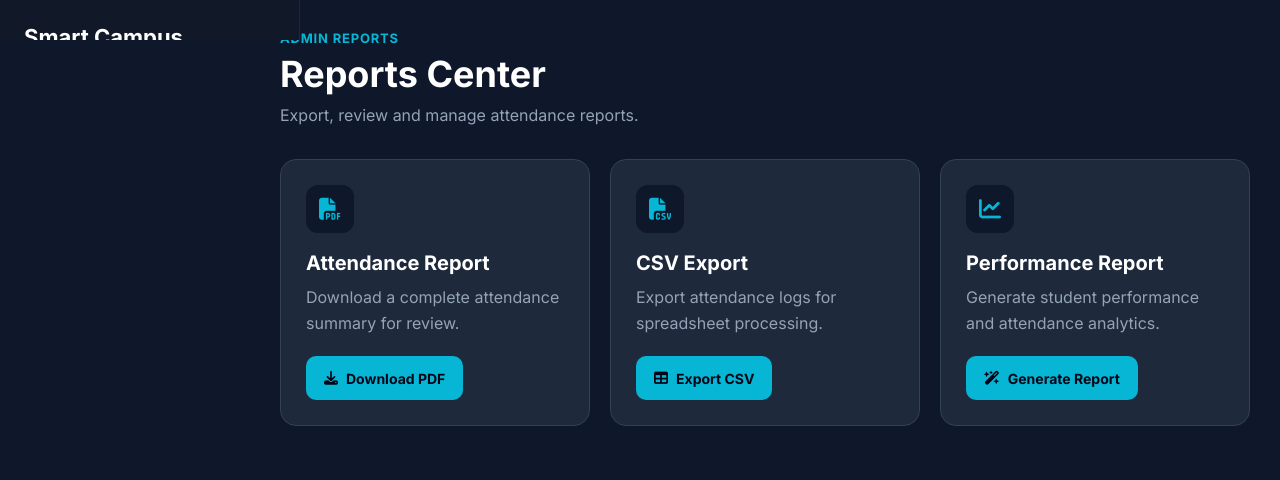
Repository: tejaskale123/smart-campus-intelligence-system
Page: backend/templates/dashboard/reports.html
These files come from the project's save history. The page is drawn as it stood at one moment and after the next save; the edit follows.
The browser window is 1280 px wide. The pictures show the whole page.
The template is drawn by Django 5.2. The application's start-up code is not run. Other server files are loaded and not shown. The template is opened directly, without the code that normally fills it, so the values that code supplies are empty.

Above is the page before, as saved 2026-05-09 01:54:41.

### backend/templates/dashboard/reports.html
{% extends 'base/base.html' %}
{% load static %}

{% block content %}
<link rel="stylesheet" href="{% static 'css/dashboard.css' %}">

<div class="dashboard-container">

    <div class="dashboard-header">
        <div>
            <p class="dashboard-kicker">Admin Reports</p>
            <h1 class="dashboard-title">
                Reports Center
            </h1>
            <p class="dashboard-subtitle">
                Export, review and manage attendance reports.
            </p>
        </div>
    </div>

    <div class="report-grid">
        <div class="report-card">
            <div class="report-icon">
                <i class="fas fa-file-pdf"></i>
            </div>
            <h3>Attendance Report</h3>
            <p>Download a complete attendance summary for review.</p>
            <a href="#" class="dashboard-btn">
                <i class="fas fa-download"></i>
                <span>Download PDF</span>
            </a>
        </div>

        <div class="report-card">
            <div class="report-icon">
                <i class="fas fa-file-csv"></i>
            </div>
            <h3>CSV Export</h3>
            <p>Export attendance logs for spreadsheet processing.</p>
            <a href="#" class="dashboard-btn">
                <i class="fas fa-table"></i>
                <span>Export CSV</span>
            </a>
        </div>

        <div class="report-card">
            <div class="report-icon">
                <i class="fas fa-chart-line"></i>
            </div>
            <h3>Performance Report</h3>
            <p>Generate student performance and attendance analytics.</p>
            <a href="#" class="dashboard-btn">
                <i class="fas fa-wand-magic-sparkles"></i>
                <span>Generate Report</span>
            </a>
        </div>
    </div>

</div>
{% endblock %}

### backend/templates/base/base.html
{% load static %}

<!DOCTYPE html>
<html lang="en">

<head>
    <meta charset="UTF-8">
    <meta name="viewport" content="width=device-width, initial-scale=1.0">
    <title>Smart Campus Intelligence System</title>

    <link href="https://fonts.googleapis.com/css2?family=Inter:wght@300;400;500;600;700;800&display=swap" rel="stylesheet">
    <link rel="stylesheet" href="https://cdnjs.cloudflare.com/ajax/libs/font-awesome/6.4.0/css/all.min.css">
    <link rel="stylesheet" href="{% static 'css/style.css' %}">
</head>

<body>
    <div class="mobile-header">
        <h2>Smart Campus</h2>
        <button id="sidebarToggle" class="mobile-toggle" aria-label="Open navigation">
            <i class="fas fa-bars"></i>
        </button>
    </div>

    <aside class="sidebar" id="sidebar">
        <button id="sidebarClose" class="mobile-close" aria-label="Close navigation">
            <i class="fas fa-times"></i>
        </button>

        <h2>Smart Campus</h2>

        <ul class="sidebar-menu">
            {% if request.user.is_authenticated %}
                {% with role=request.user.userprofile.role current=request.resolver_match.url_name %}
                    {% if request.user.userprofile.role == 'admin' %}
                        <li>
                            <a class="{% if current == 'admin_dashboard' or current == 'dashboard' %}active{% endif %}" href="{% url 'admin_dashboard' %}">
                                <i class="fas fa-chart-pie"></i>
                                <span>Dashboard</span>
                            </a>
                        </li>
                        <li>
                            <a class="{% if current == 'students_list' or current == 'students_page' or current == 'student_detail' %}active{% endif %}" href="{% url 'students_page' %}">
                                <i class="fas fa-user-graduate"></i>
                                <span>Students</span>
                            </a>
                        </li>
                        <li>
                            <a class="{% if current == 'admin_teachers' or current == 'add_teacher' %}active{% endif %}" href="{% url 'admin_teachers' %}">
                                <i class="fas fa-chalkboard-user"></i>
                                <span>Teachers</span>
                            </a>
                        </li>
                        <li>
                            <a class="{% if current == 'attendance_list' or current == 'add_attendance' %}active{% endif %}" href="{% url 'attendance_list' %}">
                                <i class="fas fa-calendar-check"></i>
                                <span>Attendance</span>
                            </a>
                        </li>
                        <li>
                            <a class="{% if current == 'analytics' %}active{% endif %}" href="{% url 'analytics' %}">
                                <i class="fas fa-chart-line"></i>
                                <span>Analytics</span>
                            </a>
                        </li>
                        <li>
                            <a class="{% if current == 'reports' %}active{% endif %}" href="{% url 'reports' %}">
                                <i class="fas fa-file-lines"></i>
                                <span>Reports</span>
                            </a>
                        </li>
                        <li>
                            <a class="{% if current == 'settings' %}active{% endif %}" href="{% url 'settings' %}">
                                <i class="fas fa-gear"></i>
                                <span>Settings</span>
                            </a>
                        </li>
                        <li>
                            <a href="{% url 'logout' %}">
                                <i class="fas fa-right-from-bracket"></i>
                                <span>Logout</span>
                            </a>
                        </li>
                    {% elif role == 'teacher' %}
                        <li>
                            <a class="{% if current == 'teacher_dashboard' or current == 'dashboard' %}active{% endif %}" href="{% url 'teacher_dashboard' %}">
                                <i class="fas fa-chart-pie"></i>
                                <span>Dashboard</span>
                            </a>
                        </li>
                        <li>
                            <a class="{% if current == 'add_attendance' %}active{% endif %}" href="{% url 'add_attendance' %}">
                                <i class="fas fa-calendar-plus"></i>
                                <span>Add Attendance</span>
                            </a>
                        </li>
                        <li>
                            <a class="{% if current == 'attendance_list' %}active{% endif %}" href="{% url 'attendance_list' %}">
                                <i class="fas fa-list-check"></i>
                                <span>Attendance List</span>
                            </a>
                        </li>
                        <li>
                            <a class="{% if current == 'students_list' or current == 'students_page' or current == 'student_detail' %}active{% endif %}" href="{% url 'students_page' %}">
                                <i class="fas fa-users"></i>
                                <span>Students List</span>
                            </a>
                        </li>
                        <li>
                            <a href="{% url 'logout' %}">
                                <i class="fas fa-right-from-bracket"></i>
                                <span>Logout</span>
                            </a>
                        </li>
                    {% elif role == 'student' %}
                        <li>
                            <a class="{% if current == 'student_dashboard' or current == 'dashboard' %}active{% endif %}" href="{% url 'student_dashboard' %}">
                                <i class="fas fa-house-user"></i>
                                <span>My Dashboard</span>
                            </a>
                        </li>
                        <li>
                            <a class="{% if current == 'my_attendance' %}active{% endif %}" href="{% url 'my_attendance' %}">
                                <i class="fas fa-calendar-days"></i>
                                <span>My Attendance</span>
                            </a>
                        </li>
                        <li>
                            <a class="{% if current == 'performance' %}active{% endif %}" href="{% url 'performance' %}">
                                <i class="fas fa-chart-simple"></i>
                                <span>Performance</span>
                            </a>
                        </li>
                        <li>
                            <a class="{% if current == 'my_profile' %}active{% endif %}" href="{% url 'my_profile' %}">
                                <i class="fas fa-user"></i>
                                <span>My Profile</span>
                            </a>
                        </li>
                        <li>
                            <a href="{% url 'logout' %}">
                                <i class="fas fa-right-from-bracket"></i>
                                <span>Logout</span>
                            </a>
                        </li>
                    {% endif %}
                {% endwith %}
            {% else %}
                <li>
                    <a href="{% url 'login' %}">
                        <i class="fas fa-right-to-bracket"></i>
                        <span>Login</span>
                    </a>
                </li>
                <li>
                    <a href="{% url 'register' %}">
                        <i class="fas fa-user-plus"></i>
                        <span>Register</span>
                    </a>
                </li>
            {% endif %}
        </ul>
    </aside>

    <main class="main-content">
        {% if messages %}
            <div class="message-stack">
                {% for message in messages %}
                    <div class="system-message {{ message.tags }}">
                        {{ message }}
                    </div>
                {% endfor %}
            </div>
        {% endif %}

        {% block content %}
        {% endblock %}
    </main>

    <script>
        const sidebar = document.getElementById('sidebar');
        const sidebarToggle = document.getElementById('sidebarToggle');
        const sidebarClose = document.getElementById('sidebarClose');

        if (sidebarToggle && sidebarClose && sidebar) {
            sidebarToggle.addEventListener('click', () => {
                sidebar.classList.add('active');
            });

            sidebarClose.addEventListener('click', () => {
                sidebar.classList.remove('active');
            });
        }
    </script>
</body>

</html>

### backend/static/css/dashboard.css
/* =========================
   GLOBAL
========================= */

body {
    background: #0f172a;
    color: #f8fafc;
    font-family: Arial, sans-serif;
    margin: 0;
    padding: 0;
}

/* =========================
   SIDEBAR
========================= */

.sidebar {
    background: #111827;
    border-right: 1px solid #1f2937;
    box-shadow: none;
    min-height: 100vh;
    padding: 20px;
    width: 250px;
}

.sidebar h2 {
    color: #ffffff;
    font-size: 22px;
    letter-spacing: 0;
    margin-bottom: 28px;
    text-align: left;
    text-shadow: none;
    text-transform: none;
}

.sidebar ul,
.sidebar-menu {
    display: grid;
    gap: 8px;
    list-style: none;
}

.sidebar ul li {
    margin: 0;
}

.sidebar a,
.sidebar ul li a,
.sidebar-menu li a {
    align-items: center;
    border: 0;
    border-radius: 10px;
    color: #cbd5e1;
    display: flex;
    gap: 12px;
    margin-bottom: 0;
    padding: 12px 16px;
    text-decoration: none;
    transition: background 0.2s ease, color 0.2s ease;
}

.sidebar a:hover,
.sidebar ul li a:hover,
.sidebar-menu li a:hover {
    background: #1e293b;
    color: #ffffff;
    box-shadow: none;
    transform: none;
}

.sidebar .active,
.sidebar ul li a.active,
.sidebar-menu li a.active {
    background: #06b6d4;
    color: #020617;
    box-shadow: none;
    transform: none;
}

.sidebar a i,
.sidebar ul li a i,
.sidebar-menu li a i {
    color: inherit;
    margin: 0;
    text-shadow: none;
    width: 22px;
}

.main-content {
    margin-left: 250px;
    padding: 30px;
    width: calc(100% - 250px);
}

/* =========================
   DASHBOARD CONTAINER
========================= */

.dashboard-container,
.students-container,
.teachers-container {
    display: grid;
    gap: 24px;
    padding: 0;
}

/* =========================
   HEADER
========================= */

.dashboard-header,
.students-header,
.teachers-header {
    align-items: center;
    display: flex;
    flex-wrap: wrap;
    gap: 20px;
    justify-content: space-between;
    margin-bottom: 6px;
}

.dashboard-kicker,
.students-kicker,
.teachers-kicker {
    color: #06b6d4;
    font-size: 13px;
    font-weight: 700;
    letter-spacing: 0.8px;
    margin: 0 0 8px;
    text-transform: uppercase;
}

.dashboard-title,
.students-title,
.teachers-title {
    color: #ffffff;
    display: block;
    font-size: 36px;
    font-weight: 700;
    line-height: 1.15;
    margin: 0;
}

.dashboard-title::after,
.students-title::after,
.teachers-title::after,
.form-title::after {
    display: none;
}

.dashboard-subtitle,
.students-subtitle,
.teachers-subtitle {
    color: #94a3b8;
    line-height: 1.6;
    margin: 8px 0 0;
}

.header-buttons {
    display: flex;
    flex-wrap: wrap;
    gap: 12px;
}

/* =========================
   BUTTONS
========================= */

.dashboard-btn,
.add-student-btn,
.add-teacher-btn,
.submit-btn {
    align-items: center;
    background: #06b6d4;
    border: 0;
    border-radius: 10px;
    color: #020617;
    cursor: pointer;
    display: inline-flex;
    font-size: 14px;
    font-weight: 700;
    gap: 8px;
    justify-content: center;
    min-height: 44px;
    padding: 12px 18px;
    text-decoration: none;
    transition: background 0.2s ease;
}

.dashboard-btn:hover,
.add-student-btn:hover,
.add-teacher-btn:hover,
.submit-btn:hover {
    background: #0891b2;
    box-shadow: none;
    color: #020617;
    transform: none;
}

.dashboard-btn-secondary {
    background: #334155;
    color: #f8fafc;
}

.dashboard-btn-secondary:hover {
    background: #475569;
    color: #f8fafc;
}

/* =========================
   STATS GRID
========================= */

.stats-grid {
    display: grid;
    gap: 20px;
    grid-template-columns: repeat(auto-fit, minmax(220px, 1fr));
    margin-bottom: 6px;
}

/* =========================
   CARDS
========================= */

.stats-card,
.chart-card,
.table-card,
.quick-actions-card,
.profile-card,
.progress-card,
.students-table-card,
.report-card,
.form-card {
    background: #1e293b;
    border: 1px solid #334155;
    border-radius: 16px;
    box-shadow: none;
}

.stats-card {
    min-height: 130px;
    padding: 25px;
    transition: border-color 0.2s ease;
}

.stats-card::before {
    display: none;
}

.stats-card:hover,
.chart-card:hover,
.table-card:hover,
.students-table-card:hover,
.report-card:hover,
.form-card:hover {
    border-color: #06b6d4;
    box-shadow: none;
    transform: none;
}

.stats-card h3 {
    color: #94a3b8;
    font-size: 16px;
    margin: 0 0 12px;
}

.stats-card h1 {
    color: #ffffff;
    font-size: 34px;
    line-height: 1;
    margin: 0;
}

/* =========================
   CHART GRID
========================= */

.charts-grid {
    display: grid;
    gap: 20px;
    grid-template-columns: 1fr 1fr;
    margin-bottom: 6px;
}

/* =========================
   CHART CARD
========================= */

.chart-card {
    min-height: 360px;
    padding: 20px;
}

.chart-card h2,
.table-card h2,
.quick-actions-card h2,
.progress-card h2 {
    color: #ffffff;
    font-size: 20px;
    margin: 0 0 20px;
}

.chart-card canvas {
    height: 290px !important;
    max-width: 100%;
    width: 100% !important;
}

.section-heading {
    align-items: center;
    display: flex;
    gap: 12px;
    justify-content: space-between;
    margin-bottom: 18px;
}

.section-heading h2 {
    color: #ffffff;
    font-size: 20px;
    margin: 0;
}

.section-heading span,
.section-heading a {
    color: #06b6d4;
    font-size: 13px;
    font-weight: 700;
    text-decoration: none;
}

/* =========================
   TABLES
========================= */

.table-card,
.students-table-card {
    padding: 20px;
}

.dashboard-table-wrap,
.students-table-wrap {
    overflow-x: auto;
    width: 100%;
}

table {
    border-collapse: collapse;
    min-width: 620px;
    width: 100%;
}

table th {
    color: #06b6d4;
    font-size: 15px;
    padding: 14px;
    text-align: left;
}

table td {
    border-top: 1px solid #334155;
    color: #ffffff;
    padding: 14px;
    vertical-align: middle;
}

/* =========================
   STATUS BADGES
========================= */

.status-badge {
    border-radius: 20px;
    display: inline-flex;
    font-size: 13px;
    font-weight: 700;
    padding: 6px 12px;
    white-space: nowrap;
}

.status-badge.success,
.success {
    background: #14532d;
    color: #86efac;
}

.status-badge.danger,
.danger {
    background: #7f1d1d;
    color: #fca5a5;
}

.status-present {
    background: #14532d;
    color: #86efac;
}

.status-absent {
    background: #7f1d1d;
    color: #fca5a5;
}

.empty-state {
    color: #94a3b8 !important;
    text-align: center;
}

/* =========================
   PROFILE CARD
========================= */

.profile-card {
    align-items: center;
    display: flex;
    gap: 20px;
    padding: 25px;
}

.profile-avatar,
.student-avatar {
    align-items: center;
    background: #06b6d4;
    border-radius: 50%;
    color: #020617;
    display: flex;
    font-size: 30px;
    font-weight: 700;
    height: 80px;
    justify-content: center;
    overflow: hidden;
    text-transform: uppercase;
    width: 80px;
}

.student-avatar {
    flex: 0 0 45px;
    font-size: 18px;
    height: 45px;
    width: 45px;
}

.profile-avatar img {
    height: 100%;
    object-fit: cover;
    width: 100%;
}

.profile-info h2 {
    color: #ffffff;
    font-size: 26px;
    margin: 0 0 8px;
}

.profile-info p {
    color: #94a3b8;
    margin: 0;
}

/* =========================
   PROGRESS
========================= */

.progress-card {
    padding: 25px;
}

.progress-bar,
.attendance-track {
    background: #0f172a;
    border-radius: 20px;
    height: 18px;
    overflow: hidden;
    width: 100%;
}

.attendance-track {
    height: 8px;
}

.progress-fill,
.attendance-fill {
    background: #06b6d4;
    border-radius: 20px;
    height: 100%;
    width: 0;
}

.progress-fill.is-success,
.attendance-fill.is-success {
    background: #22c55e;
}

.progress-fill.is-danger,
.attendance-fill.is-danger {
    background: #ef4444;
}

.attendance-cell {
    align-items: center;
    display: flex;
    gap: 12px;
    min-width: 150px;
}

.attendance-cell span {
    min-width: 48px;
}

/* =========================
   STUDENTS / TEACHERS
========================= */

.search-box {
    align-items: center;
    background: #1e293b;
    border: 1px solid #334155;
    border-radius: 12px;
    display: flex;
    gap: 12px;
    padding: 6px 16px;
}

.search-box i {
    color: #06b6d4;
}

.search-box input {
    background: transparent;
    border: 0;
    box-shadow: none;
    color: #ffffff;
    font-size: 16px;
    outline: 0;
    padding: 14px 0;
    width: 100%;
}

.student-name-link,
.teacher-name-cell span {
    color: #ffffff;
    font-weight: 700;
    text-decoration: none;
}

.student-name-link:hover {
    color: #06b6d4;
}

.teacher-name-cell {
    align-items: center;
    display: flex;
    gap: 12px;
}

.action-buttons {
    display: flex;
    flex-wrap: wrap;
    gap: 10px;
}

.view-btn,
.edit-btn,
.delete-btn {
    border-radius: 10px;
    font-size: 14px;
    font-weight: 700;
    padding: 8px 14px;
    text-decoration: none;
    transition: background 0.2s ease;
}

.view-btn {
    background: #082f49;
    color: #38bdf8;
}

.edit-btn {
    background: #1e1b4b;
    color: #a78bfa;
}

.delete-btn {
    background: #7f1d1d;
    color: #fca5a5;
}

/* =========================
   QUICK ACTIONS / REPORTS
========================= */

.quick-actions-card {
    padding: 25px;
}

.quick-actions-grid,
.report-grid {
    display: grid;
    gap: 20px;
    grid-template-columns: repeat(auto-fit, minmax(220px, 1fr));
}

.quick-action-btn {
    align-items: center;
    background: #06b6d4;
    border-radius: 14px;
    color: #020617;
    display: flex;
    font-weight: 700;
    gap: 10px;
    justify-content: center;
    padding: 18px;
    text-align: center;
    text-decoration: none;
    transition: background 0.2s ease;
}

.quick-action-btn:hover {
    background: #0891b2;
    transform: none;
}

.report-card {
    padding: 25px;
}

.report-icon {
    align-items: center;
    background: #0f172a;
    border-radius: 12px;
    color: #06b6d4;
    display: flex;
    font-size: 22px;
    height: 48px;
    justify-content: center;
    margin-bottom: 18px;
    width: 48px;
}

.report-card h3 {
    color: #ffffff;
    font-size: 20px;
    margin: 0 0 10px;
}

.report-card p {
    color: #94a3b8;
    line-height: 1.6;
    margin: 0 0 20px;
}

/* =========================
   FORMS
========================= */

.form-container {
    display: flex;
    justify-content: center;
    padding: 10px 0 30px;
}

.form-card {
    max-width: 540px;
    padding: 35px;
    width: 100%;
}

.form-heading {
    margin-bottom: 28px;
}

.form-heading p:last-child {
    color: #94a3b8;
    line-height: 1.6;
    margin: 0;
}

.form-title {
    color: #ffffff;
    font-size: 34px;
    margin: 0 0 12px;
}

.form-group {
    margin-bottom: 20px;
}

.form-group label {
    color: #94a3b8;
    display: block;
    margin-bottom: 10px;
}

.form-group input {
    background: #0f172a;
    border: 1px solid #334155;
    border-radius: 12px;
    box-shadow: none;
    color: #ffffff;
    outline: none;
    padding: 15px;
    width: 100%;
}

.form-group input:focus {
    border-color: #06b6d4;
    box-shadow: none;
}

.submit-btn {
    font-size: 16px;
    width: 100%;
}

/* =========================
   RESPONSIVE
========================= */

@media (max-width: 992px) {
    body {
        display: block;
    }

    .sidebar {
        max-width: min(86vw, 300px);
        transform: translateX(-100%);
        width: 300px;
    }

    .sidebar.active {
        transform: translateX(0);
    }

    .main-content {
        margin-left: 0;
        padding: 24px;
        width: 100%;
    }
}

@media (max-width: 900px) {
    .charts-grid {
        grid-template-columns: 1fr;
    }

    .dashboard-header,
    .students-header,
    .teachers-header {
        align-items: flex-start;
        flex-direction: column;
    }
}

@media (max-width: 700px) {
    .dashboard-title,
    .students-title,
    .teachers-title {
        font-size: 28px;
    }

    .stats-grid {
        grid-template-columns: 1fr;
    }

    .header-buttons,
    .dashboard-btn,
    .add-student-btn,
    .add-teacher-btn {
        width: 100%;
    }

    table {
        display: table;
    }
}

@media (max-width: 560px) {
    .main-content {
        padding: 16px;
    }

    .profile-card {
        align-items: flex-start;
        flex-direction: column;
    }

    .form-card,
    .stats-card,
    .chart-card,
    .table-card,
    .quick-actions-card,
    .students-table-card,
    .report-card,
    .progress-card {
        border-radius: 12px;
        padding: 18px;
    }
}

Loaded but not shown: backend/static/css/style.css (1961 lines, source omitted)

After the next save:
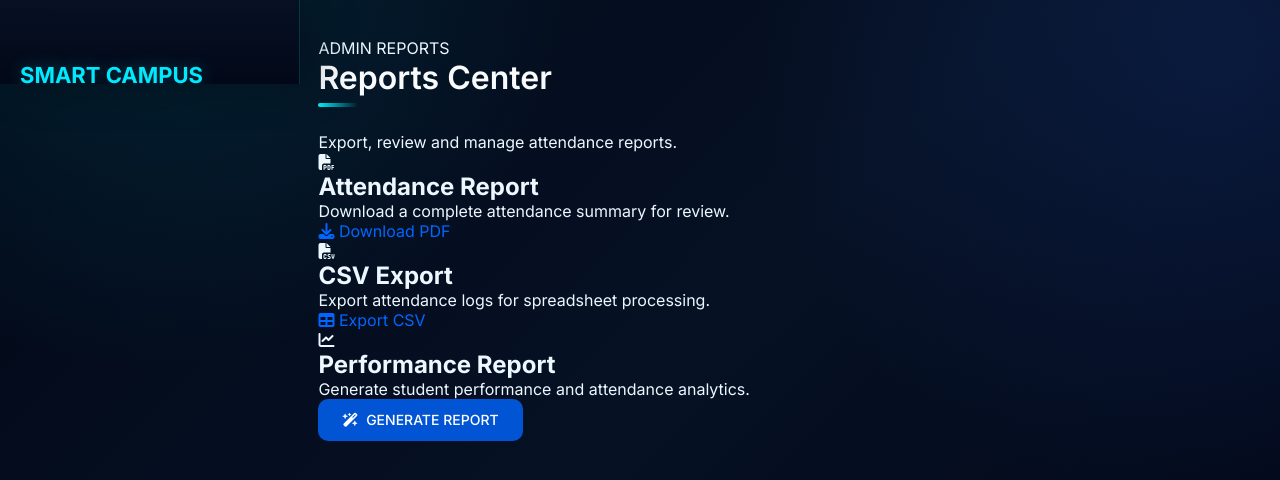
Saved 114 s later.
--- a/backend/templates/dashboard/reports.html
+++ b/backend/templates/dashboard/reports.html
@@ -2,59 +2,110 @@
 {% load static %}
 
 {% block content %}
-<link rel="stylesheet" href="{% static 'css/dashboard.css' %}">
 
-<div class="dashboard-container">
+<div class="reports-container">
 
-    <div class="dashboard-header">
+    <!-- HEADER -->
+    <div class="reports-header">
+
         <div>
-            <p class="dashboard-kicker">Admin Reports</p>
-            <h1 class="dashboard-title">
+
+            <p class="reports-subtitle">
+                ADMIN REPORTS
+            </p>
+
+            <h1 class="reports-title">
                 Reports Center
             </h1>
-            <p class="dashboard-subtitle">
+
+            <p class="reports-description">
                 Export, review and manage attendance reports.
             </p>
+
         </div>
+
     </div>
 
-    <div class="report-grid">
+    <!-- REPORT CARDS -->
+    <div class="reports-grid">
+
+        <!-- PDF -->
         <div class="report-card">
+
             <div class="report-icon">
                 <i class="fas fa-file-pdf"></i>
             </div>
-            <h3>Attendance Report</h3>
-            <p>Download a complete attendance summary for review.</p>
-            <a href="#" class="dashboard-btn">
+
+            <h2>
+                Attendance Report
+            </h2>
+
+            <p>
+                Download a complete attendance summary for review.
+            </p>
+
+            <a href="{% url 'download_pdf_report' %}" class="report-btn">
+
                 <i class="fas fa-download"></i>
-                <span>Download PDF</span>
+
+                Download PDF
+
             </a>
+
         </div>
 
+        <!-- CSV -->
         <div class="report-card">
+
             <div class="report-icon">
                 <i class="fas fa-file-csv"></i>
             </div>
-            <h3>CSV Export</h3>
-            <p>Export attendance logs for spreadsheet processing.</p>
-            <a href="#" class="dashboard-btn">
+
+            <h2>
+                CSV Export
+            </h2>
+
+            <p>
+                Export attendance logs for spreadsheet processing.
+            </p>
+
+            <a href="{% url 'export_csv_report' %}" class="report-btn">
+
                 <i class="fas fa-table"></i>
-                <span>Export CSV</span>
+
+                Export CSV
+
             </a>
+
         </div>
 
+        <!-- ANALYTICS -->
         <div class="report-card">
+
             <div class="report-icon">
                 <i class="fas fa-chart-line"></i>
             </div>
-            <h3>Performance Report</h3>
-            <p>Generate student performance and attendance analytics.</p>
-            <a href="#" class="dashboard-btn">
+
+            <h2>
+                Performance Report
+            </h2>
+
+            <p>
+                Generate student performance and attendance analytics.
+            </p>
+
+            <button class="report-btn">
+
                 <i class="fas fa-wand-magic-sparkles"></i>
-                <span>Generate Report</span>
-            </a>
+
+                Generate Report
+
+            </button>
+
         </div>
+
     </div>
 
 </div>
+
 {% endblock %}
